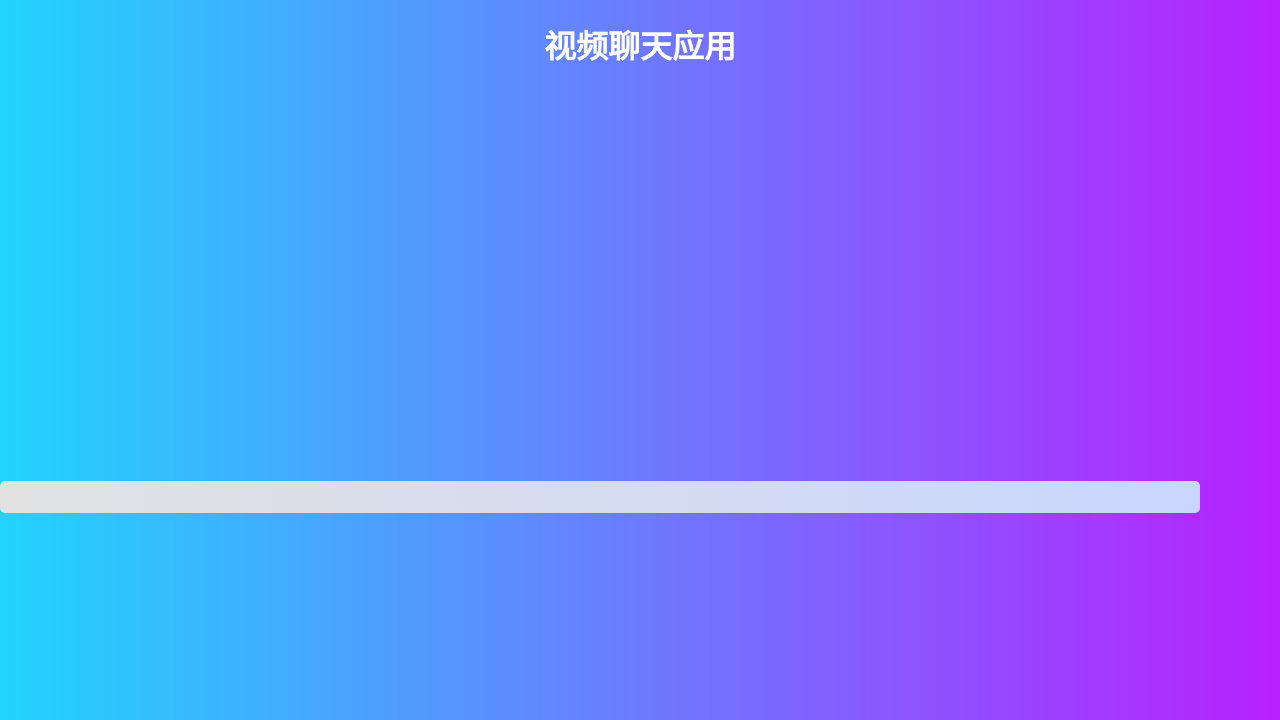
Repository: CodeFreedom-A/webRtc
Page: /
The author's editor kept a copy of each file at every save. The page is drawn from the files as they stood at one save, then again after the next save.
The browser window is 1280 px wide. The pictures show the whole page.
The page's requests for data from a server got no answer. The project was rebuilt for these pictures with package versions that can differ from the ones it lists, and the page was loaded fresh each time. No one was signed in, and anything a server would have sent is missing.

Above is the page before, as saved 2022-12-21 16:57:19.

After the next save:
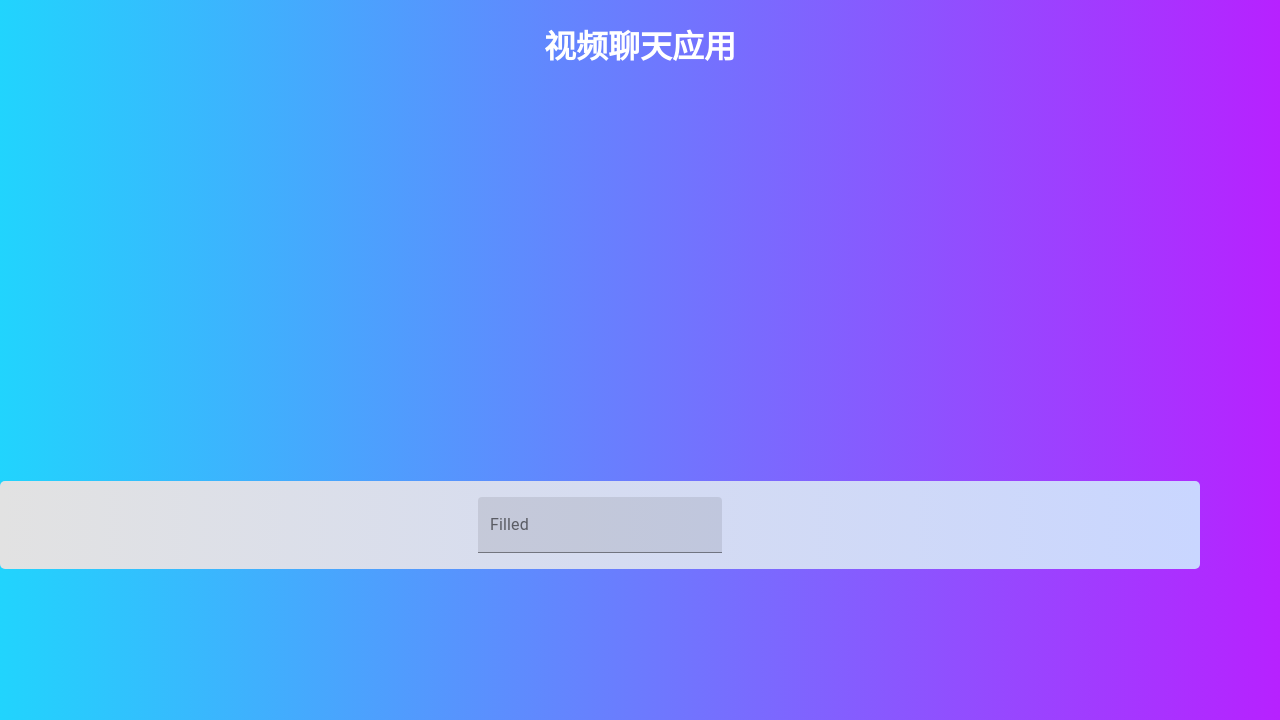
Saved 61 s later.
--- a/src/App.js
+++ b/src/App.js
@@ -2,7 +2,7 @@
  * @Author: sunheng
  * @Date: 2022-12-21 15:50:22
  * @LastEditors: sunheng
- * @LastEditTime: 2022-12-21 16:56:47
+ * @LastEditTime: 2022-12-21 16:58:20
  * @Description: 请填写简介
  */
 
@@ -52,7 +52,9 @@ function App() {
         </div>
       </div>
 
-      <div className="myId"></div>
+      <div className="myId">
+        <TextField id="filled-basic" label="Filled" variant="filled" />
+      </div>
     </>
   );
 }
